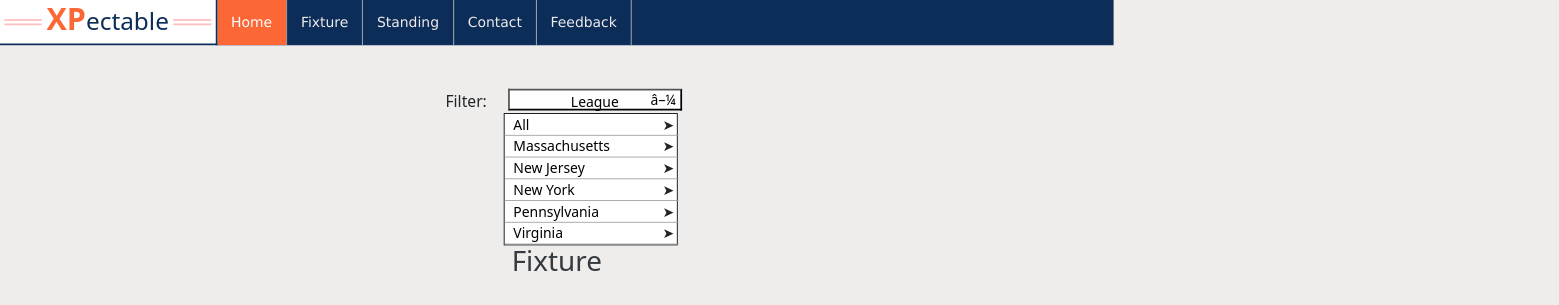
Repository: allanmanno/Xpectable
Page: http://localhost/xpec/fixture.jsp?league_id=-1
An editor plug-in stored every save of this project. The page is shown before and after the next save, followed by the edit.
The browser window is 1280 px wide. The page is 1792 px wide, so the pictures cover 1792 px, including what lies to the right of the window. The pictures show the whole page, at 87% of full size.
After loading, the first visible `#drop-btn` was clicked once.
The page is served by Tomcat 9. Queries for data that is not in the repository find no rows.

Above is the page before, as saved 2024-05-16 21:52:59.

### xpec/src/main/webapp/fixture.jsp
<%@ page import="java.sql.*, java.text.SimpleDateFormat" %>
<!DOCTYPE html>
<html lang="en">
<head>
    <meta charset="utf-8">
    <meta name="viewport" content="width=device-width, initial-scale=1">
    <title>XPectable Fixture</title>
    <link href="https://cdn.jsdelivr.net/npm/bootstrap@5.3.2/dist/css/bootstrap.min.css" rel="stylesheet" integrity="sha384-T3c6CoIi6uLrA9TneNEoa7RxnatzjcDSCmG1MXxSR1GAsXEV/Dwwykc2MPK8M2HN" crossorigin="anonymous">
    <link rel="stylesheet" href="resources/css/fixture.css">
    <style>

.date {

    padding-top: 10px;
    padding-left: 27.5%;
    font-size: 1.1em;
    color: #555;
}

table {
    width: 50%;
    left: 25%;
    position: relative;
    margin-bottom: 20px;
}

th, td {
    border: 1px solid #ddd;
    padding: 12px;
    text-align: left;
}

th {
    background-color: #FC6736;
    color: white;
    font-weight: bold;
    text-align:center;
}

td {
    background-color: #fff;
}

tr:nth-child(even) td {
    background-color: #f2f2f2;
}

tr:hover td {
    background-color: #e9ecef;
}

h2 {
    text-align: center;
    padding-top: 200px;
    color: #343a40;
}

h4 {
    padding-left: 70%;
    padding-top: 15px;
    color: #343a40;
}

h5 {
    padding-top: 10px;
    font-size: 1.2em;
    color: #343a40;
}


    </style>
</head>
<body>

<nav class="menu_box">
    <div class="logo">
        <hr />
        <a href="index.html"><h3><b style="color:#FC6736;font-size:35px">XP</b>ectable</h3></a>
        <hr />
    </div>
    <ul>
        <li><a class="home" href="index.jsp"><i class="fa fa-home fa-fw"></i> Home</a></li>
        <li><a href="fixture.jsp"><i class="fa fa-calendar fa-fw"></i> Fixture</a></li>
        <li><a href="standing.jsp"><i class="fa-solid fa-ranking-star fa-fw"></i> Standing</a></li>
        <li><a href="contact.html"><i class="fa fa-envelope fa-fw"></i> Contact</a></li>
        <li><a href="#"><i class="fa fa-comment fa-fw"></i> Feedback</a></li>
        <div class="social_media">
            <a href="#"><i class="fa-brands fa-linkedin" style="color:#EFECEC"></i></a>
            <a href="#"><i class="fa-brands fa-github" style="color:#EFECEC"></i></a>
        </div>
    </ul>
</nav>

<div class="filter-dropdown">
    <label for="drop-btn" class="dropdown-label">Filter:</label>
    <button onclick="dropdownFunction()" id="drop-btn" class="dropdown-btn">League</button>
    <ul id="drop-content" class="dropdown-content">
        <li><a href="fixture.jsp?league_id=-1">All</a></li>
        <li><a href="fixture.jsp?league_id=1">Massachusetts</a>
            <ul>
                <li><a href="fixture.jsp?league_id=301">Division 1</a></li>
                <li><a href="fixture.jsp?league_id=302">Division 2</a></li>
            </ul>
        </li>
        <li><a href="fixture.jsp?league_id=2">New Jersey</a>
            <ul>
                <li><a href="fixture.jsp?league_id=201">Division 1</a></li>
                <li><a href="fixture.jsp?league_id=202">Division 2</a></li>
            </ul>
        </li>
        <li><a href="fixture.jsp?league_id=3">New York</a>
            <ul>
                <li><a href="fixture.jsp?league_id=101">Division 1</a></li>
                <li><a href="fixture.jsp?league_id=102">Division 2</a></li>
            </ul>
        </li>
        <li><a href="fixture.jsp?league_id=4">Pennsylvania</a>
            <ul>
                <li><a href="fixture.jsp?league_id=401">Division 1</a></li>
                <li><a href="fixture.jsp?league_id=402">Division 2</a></li>
            </ul>
        </li>
        <li><a href="fixture.jsp?league_id=5">Virginia</a>
            <ul>
                <li><a href="fixture.jsp?league_id=501">Division 1</a></li>
                <li><a href="fixture.jsp?league_id=502">Division 2</a></li>
            </ul>
        </li>
    </ul>
</div>


<h2 style="text-align: center; padding-top: 200px;">Fixture</h2>

<%
    // Initialize variables to keep track of the current round and date
    int currentRound = -1;
    Date currentDate = null;

    // Default SQL query
    String sql = "SELECT * FROM game ORDER BY game_round, game_date";

    // Retrieve league_id parameter from the request
    String leagueIdParam = request.getParameter("league_id");
    int leagueId = -1; // Default value or handle null case
    if (leagueIdParam != null && !leagueIdParam.isEmpty()) {
        leagueId = Integer.parseInt(leagueIdParam);
    }

    // Check if a specific league is selected
    if (leagueId != -1) {
        // Adjust SQL query to filter by league
        sql = "SELECT * FROM game INNER JOIN team ON game.home_team_id = team.team_id WHERE team.league_id = ? ORDER BY game_round, game_date";
    }

    try {
        // Load the MySQL JDBC driver
        Class.forName("com.mysql.cj.jdbc.Driver");

        // Establish the database connection
        Connection conn = DriverManager.getConnection("jdbc:mysql://localhost:3306/xpectable_data", "root", "MyPass123!");

        // Prepare the SQL query
        PreparedStatement statement = conn.prepareStatement(sql);

        // Set league parameter if applicable
        if (leagueId != -1) {
            statement.setInt(1, leagueId);
        }

        // Execute the query
        ResultSet rs = statement.executeQuery();

        // Iterate through the result set
        while (rs.next()) {
            int gameId = rs.getInt("game_id");
            int round = rs.getInt("game_round");
            Date gameDate = rs.getDate("game_date");
            Time gameTime = rs.getTime("game_time");
            int homeTeamId = rs.getInt("home_team_id");
            int awayTeamId = rs.getInt("away_team_id");

            // Retrieve result for the current game
            PreparedStatement resultStatement = conn.prepareStatement("SELECT * FROM result WHERE game_id = ?");
            resultStatement.setInt(1, gameId);
            ResultSet resultRs = resultStatement.executeQuery();

            int homeScore = -1;
            int awayScore = -1;
            if (resultRs.next()) {
                homeScore = resultRs.getInt("home_team_score");
                awayScore = resultRs.getInt("away_team_score");
            }

            resultRs.close();
            resultStatement.close();

            // Handle new round
            if (round != currentRound) {
                if (currentRound != -1) {
                    %></tbody></table><% // Close previous round table
                }
                %>
                <div class="round">
                    <h4 style="padding-left: 70%; padding-top: 15px;">Round <%= round %></h4>
                <%
                currentRound = round;
            }

            // Handle new date
            if (!gameDate.equals(currentDate)) {
                if (currentDate != null) {
                    %></tbody></table><% // Close previous date table
                }
                %>
                <h5 class="date" style="padding-top: 10px;"><%= gameDate %></h5>
                <table>
                    <thead>
                        <tr>
                            <th>Home Team</th>
                            <th><%= (homeScore != -1 && awayScore != -1) ? "Score" : "Time" %></th>
                            <th>Away Team</th>
                        </tr>
                    </thead>
                    <tbody>
                <%
                currentDate = gameDate;
            }

            // Retrieve home team name
            PreparedStatement homeTeamStatement = conn.prepareStatement("SELECT team_name FROM team WHERE team_id = ?");
            homeTeamStatement.setInt(1, homeTeamId);
            ResultSet homeTeamResult = homeTeamStatement.executeQuery();
            String homeTeamName = homeTeamResult.next() ? homeTeamResult.getString("team_name") : "";
            homeTeamStatement.close();
            homeTeamResult.close();

            // Retrieve away team name
            PreparedStatement awayTeamStatement = conn.prepareStatement("SELECT team_name FROM team WHERE team_id = ?");
            awayTeamStatement.setInt(1, awayTeamId);
            ResultSet awayTeamResult = awayTeamStatement.executeQuery();
            String awayTeamName = awayTeamResult.next() ? awayTeamResult.getString("team_name") : "";
            awayTeamStatement.close();
            awayTeamResult.close();

            // Format time in 12-hour format
            SimpleDateFormat sdf = new SimpleDateFormat("hh:mm a");
            String formattedTime = sdf.format(gameTime);
            %>
            <tr>
                <td><%= homeTeamName %></td>
                <td style="text-align:center;"><%= (homeScore != -1 && awayScore != -1) ? homeScore + ":" + awayScore : formattedTime %></td>
                <td style="text-align:right;"><%= awayTeamName %></td>
            </tr>
            <%
        }

        // Close the last date and round table
        if (currentDate != null) {
            %></tbody></table><%
        }
        if (currentRound != -1) {
            %></div><%
        }

        rs.close();
        statement.close();
        conn.close();
    } catch (Exception e) {
        e.printStackTrace();
    }
%>

<script src="resources/js/fixture.js"></script>
</body>
</html>

### xpec/src/main/webapp/resources/css/fixture.css
body {
    background-color:#EFECEC;
    min-height: 100vh;
}
  /* logo space */
.logo{
    float: left;
    display:flex;
    width: 19.5%;
    background-color: white;
    padding-left: 5px;
    padding-right: 5px;
    border-bottom: 2px solid #0C2D57;
    border-right: 2px solid #0C2D57;
}
  /* ectable */
.logo h3 {
    color: #0C2D57;
    padding-left: 5px;
    padding-right: 5px;
}
  /* whole logo text */
.logo a{
    text-decoration: none;
    text-align:center;
}
  /* logo line */
.logo hr{
    border-top: 7px double red;
    text-align: center;
    width:100%;
    margin-top:22px;
}
   /* social media below menu bar */
.social_media{
    float:right;
    margin-top: 13px;
    margin-left: 5px;
    margin-right: 5px;
}

  /* navy list bar */
.menu_box li {
    float: left;
    border-right:1px solid #bbb;
}
  /* last anchor of the list */
.menu_box li:last-child {
    border-right: none;
}
  /* each anchor of the list */
.menu_box li a {
    color: #EFECEC;
    display: inline-block;
    text-align: center;
    padding: 14px 16px;
    text-decoration: none;
    font-family: verdana, sans-serif;
}
  /* what happen when hover on a anchor */
.menu_box li:hover{
    background-color:#5E5365;
}
  /* home anchor */
.menu_box .home{
    background-color: #FC6736;
    color: white;
}
  /* home anchor hover */
.menu_box .home:hover{
    background-color: #5E5365;
}
.menu_box ul{
    list-style-type: none;
    margin: 0;
    padding: 0;
    overflow: hidden;
    background-color: #0C2D57;
}
/*********************************/

.filter-dropdown {
    position: relative;
    left: 40%;
    top: 50px;
}

.filter-dropdown .dropdown-btn {
    width: 200px;
    height: 25px;
    cursor: pointer;
    background: #ffffff;
    text-align: center -5px;
    position: relative; /* Add this */
}

.filter-dropdown .dropdown-btn:hover {
    border: 1px solid rgba(0, 0, 0, 1);
}

.filter-dropdown .dropdown-btn::after {
    content: "▼"; /* Change this to 'v' or any other symbol */
    position: absolute;
    top: 50%;
    right: 5px;
    transform: translateY(-50%);
}

.filter-dropdown .dropdown-btn:hover::after {
    color: grey; /* Change this as needed */
}

.filter-dropdown .dropdown-label {
    padding-right: 20px;
    font-size: 18px;
}

.filter-dropdown .dropdown-content {
    display: none;
    position: absolute;
    width: 200px;
    overflow: inherit;
    background-color: #ffffff;
    text-align: left;
    list-style: none;
    left: 67px;
}

.filter-dropdown .dropdown-content.show {
    display: block;
}

.filter-dropdown .dropdown-content a {
    text-decoration: none;
    display: block;
    color: #000;
}

.filter-dropdown ul a:hover {
    background-color: gray;
    box-shadow: -10px 0 0 gray;
    color: #ffffff;
    width: 189px;
    transition: all 0.3s ease;
}

.filter-dropdown ul {
    list-style: none;
    padding: 0;
    margin: 0;
    border: 1px solid black;
}

.filter-dropdown ul li {
    margin-right: 0; /* or padding-right: 0; */
    padding-left: 10px;
    border-bottom: 0.1px solid rgb(160, 160, 160);
    width: 200px;
    float: none;
    display: list-item;
    position: relative;
}

.filter-dropdown ul li::after {
    content: "\27A4"; /* Change this to 'v' or any other symbol */
    position: absolute;
    top: 50%;
    right: 5px;
    transform: translateY(-50%);
}

.filter-dropdown ul:hover::after {
    color: grey; /* Change this as needed */
}

.filter-dropdown ul ul {
    display: none;
    position: absolute; /* Position at the top of the page */
    background-color: #ffffff;
    top: 5px;
    left: 200px;
    width: 100px;
    border-radius: 0;
}

.filter-dropdown ul ul a:hover {
    background-color: gray;
    box-shadow: -10px 0 0 gray;
    color: #ffffff;
    width: 89px;
    transition: all 0.3s ease;
}

.filter-dropdown ul li:hover > ul {
    display: inherit; /* Change to block to show */
    transition: all 0.3s ease;
}

.filter-dropdown ul ul li {
    position: relative;
    width: 89px;
}

.filter-dropdown ul ul li::after {
    content: none;
}


/******************************/
footer {
    text-align: center;
    padding: 3px;
    background-color: #FC6736;
    color: white;
    margin-top: 20px;
    position: absolute;
    bottom: 0;
    width: 100%;
}
 /* social media below menu bar */
footer social_media{
    color:black;
}

### xpec/src/main/webapp/resources/js/fixture.js
function dropdownFunction(){
    document.getElementById("drop-content").classList.toggle("show");
}

window.onclick = function(event) {
    if (!event.target.matches('.dropdown-btn')) {
      var dropdowns = document.getElementsByClassName("dropdown-content");
      var i;
      for (i = 0; i < dropdowns.length; i++) {
        var openDropdown = dropdowns[i];
        if (openDropdown.classList.contains('show')) {
          openDropdown.classList.remove('show');
        }
      }
    }
  }

  // JavaScript for filtering standings
function filterStandings(leagueId) {
    // Make an AJAX request to fetch standings for the selected league
    var xhttp = new XMLHttpRequest();
    xhttp.onreadystatechange = function() {
        if (this.readyState == 4 && this.status == 200) {
            // Update the standings table with the fetched data
            document.getElementById("standingsTable").innerHTML = this.responseText;
        }
    };
    xhttp.open("GET", "fetchStandings.jsp?league_id=" + leagueId, true);
    xhttp.send();
}

function filterFixture(leagueId) {
    // Make an AJAX request to fetch fixture data for the selected league
    fetch("fetchFixture.jsp?league_id=" + leagueId)
        .then(response => response.text())
        .then(data => {
            // Update the fixture table with the fetched data
            document.getElementById("fixtureTable").innerHTML = data;
        })
        .catch(error => {
            console.error('Error:', error);
        });
}


// Event listener for filter dropdown links
document.querySelectorAll('.dropdown-content a').forEach(item => {
    item.addEventListener('click', event => {
        event.preventDefault(); // Prevent default link behavior
        var leagueId = item.getAttribute('href').split("=")[1]; // Extract league ID from href
        filterStandings(leagueId); // Filter standings based on selected league ID
    });
});

After the next save:
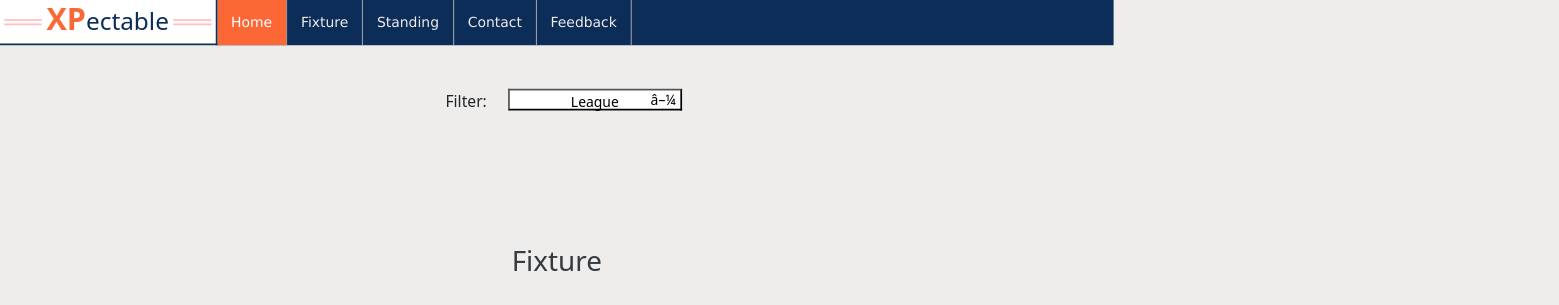
Console error: ReferenceError: dropdownFunction is not defined
Saved 73 s later.
--- a/xpec/src/main/webapp/resources/js/fixture.js
+++ b/xpec/src/main/webapp/resources/js/fixture.js
@@ -1,34 +1,3 @@
-function dropdownFunction(){
-    document.getElementById("drop-content").classList.toggle("show");
-}
-
-window.onclick = function(event) {
-    if (!event.target.matches('.dropdown-btn')) {
-      var dropdowns = document.getElementsByClassName("dropdown-content");
-      var i;
-      for (i = 0; i < dropdowns.length; i++) {
-        var openDropdown = dropdowns[i];
-        if (openDropdown.classList.contains('show')) {
-          openDropdown.classList.remove('show');
-        }
-      }
-    }
-  }
-
-  // JavaScript for filtering standings
-function filterStandings(leagueId) {
-    // Make an AJAX request to fetch standings for the selected league
-    var xhttp = new XMLHttpRequest();
-    xhttp.onreadystatechange = function() {
-        if (this.readyState == 4 && this.status == 200) {
-            // Update the standings table with the fetched data
-            document.getElementById("standingsTable").innerHTML = this.responseText;
-        }
-    };
-    xhttp.open("GET", "fetchStandings.jsp?league_id=" + leagueId, true);
-    xhttp.send();
-}
-
 function filterFixture(leagueId) {
     // Make an AJAX request to fetch fixture data for the selected league
     fetch("fetchFixture.jsp?league_id=" + leagueId)
@@ -42,12 +11,12 @@ function filterFixture(leagueId) {
         });
 }
 
-
 // Event listener for filter dropdown links
 document.querySelectorAll('.dropdown-content a').forEach(item => {
     item.addEventListener('click', event => {
         event.preventDefault(); // Prevent default link behavior
+
         var leagueId = item.getAttribute('href').split("=")[1]; // Extract league ID from href
-        filterStandings(leagueId); // Filter standings based on selected league ID
+        filterFixture(leagueId); // Filter fixture data based on selected league ID
     });
 });
